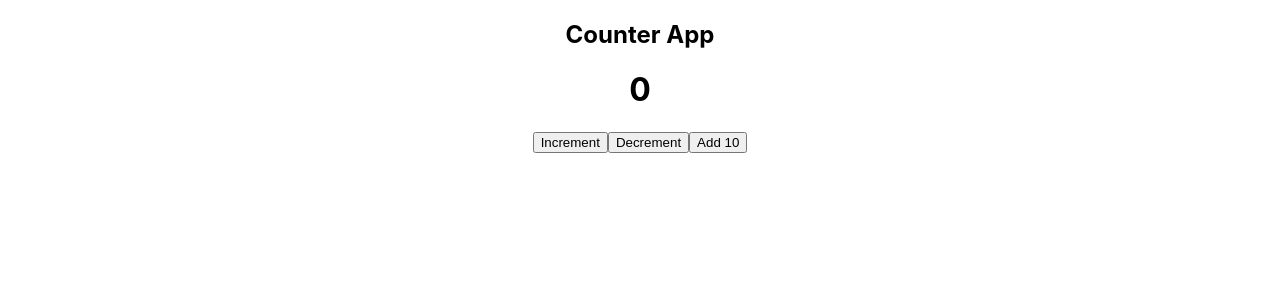
Repository: devogi/React.js-API-practice-
Page: /
An editor plug-in stored every save of this project. The page is shown before and after a run of saves, followed by the edit.
The browser window is 1280 px wide. The pictures show the whole page.
The project was rebuilt for these pictures with package versions that can differ from the ones it lists, and the page was loaded fresh each time.

Above is the page before, as saved 2022-03-30 13:34:37.

After the next 2 saves:
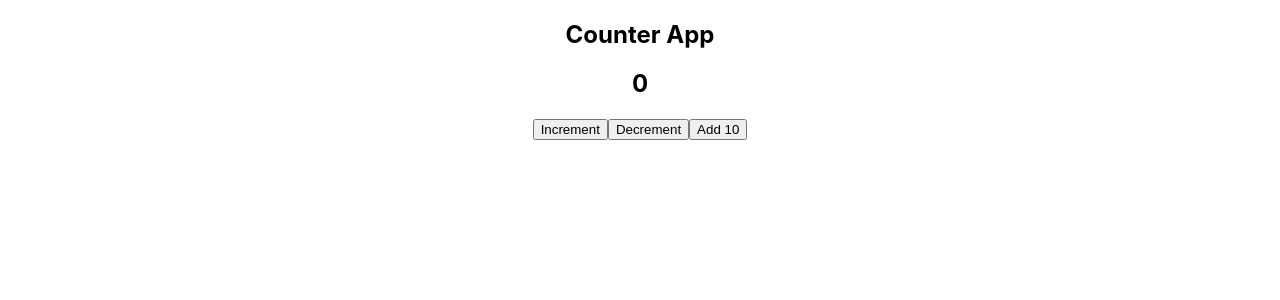
The 2 saves are shown as one change because they came seconds apart.
The last was saved 6 s later.
--- a/src/App.js
+++ b/src/App.js
@@ -19,7 +19,7 @@ function App() {
   return (
     <div className="App">
       <h2>Counter App</h2>
-      <h1> {counter} </h1>
+      <h2> {counter} </h2>
       <button className="btn" onClick={increment}>
         Increment
       </button>
